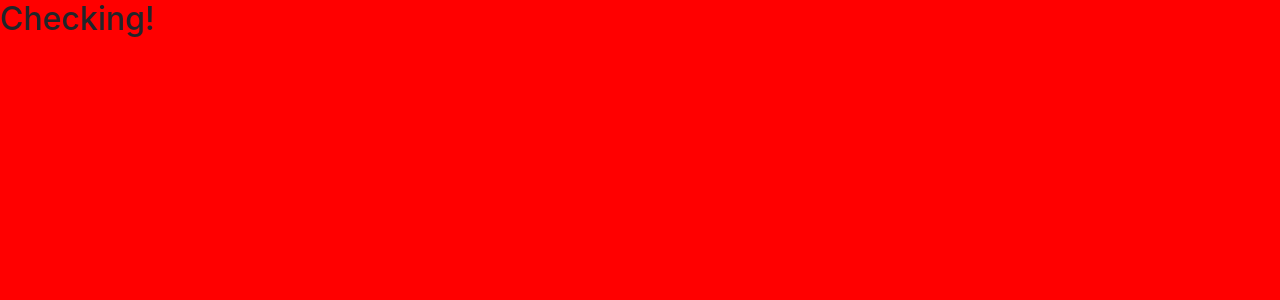
Repository: neerajchavan/E-Commerce-Project
Page: http://localhost/E-Commerce-Project/About.jsp
These files come from the project's save history. The page is drawn as it stood at one moment and after the next save; the edit follows.
The browser window is 1280 px wide. The pictures show the whole page.
Some web libraries are served in a nearby version. The page is served by Tomcat 9. Other server files are loaded and not shown.

Above is the page before, as saved 2020-10-07 15:33:14.

### E-Commerce-Project/WebContent/About.jsp
<%@ page language="java" contentType="text/html; charset=UTF-8"
    pageEncoding="UTF-8"%>
<!DOCTYPE html>
<html>
<head>
<meta charset="UTF-8">
<title>About us</title>
<%@include file="Components/Common_JS_CSS.jsp" %>
</head>
<body>
 <div class="custom-bg">
 <h2>Checking!</h2>
 </div>
</body>
</html>

### E-Commerce-Project/WebContent/Components/Common_JS_CSS.jsp
<!-- CSS -->
<link rel="stylesheet" href="https://maxcdn.bootstrapcdn.com/bootstrap/4.0.0/css/bootstrap.min.css" integrity="sha384-Gn5384xqQ1aoWXA+058RXPxPg6fy4IWvTNh0E263XmFcJlSAwiGgFAW/dAiS6JXm" crossorigin="anonymous">
<link rel="stylesheet" href="CSS/Style.css">

<!-- BOOTSTRAP -->
<script src="https://code.jquery.com/jquery-3.2.1.slim.min.js" integrity="sha384-KJ3o2DKtIkvYIK3UENzmM7KCkRr/rE9/Qpg6aAZGJwFDMVNA/GpGFF93hXpG5KkN" crossorigin="anonymous"></script>
<script src="https://cdnjs.cloudflare.com/ajax/libs/popper.js/1.12.9/umd/popper.min.js" integrity="sha384-ApNbgh9B+Y1QKtv3Rn7W3mgPxhU9K/ScQsAP7hUibX39j7fakFPskvXusvfa0b4Q" crossorigin="anonymous"></script>
<script src="https://maxcdn.bootstrapcdn.com/bootstrap/4.0.0/js/bootstrap.min.js" integrity="sha384-JZR6Spejh4U02d8jOt6vLEHfe/JQGiRRSQQxSfFWpi1MquVdAyjUar5+76PVCmYl" crossorigin="anonymous"></script>

<!-- JS -->
<script src="JS/Script.js"></script>

### E-Commerce-Project/WebContent/CSS/Style.css

body{
	background:red;
}

### E-Commerce-Project/WebContent/JS/Script.js
alert('Loading JS!')

After the next save:
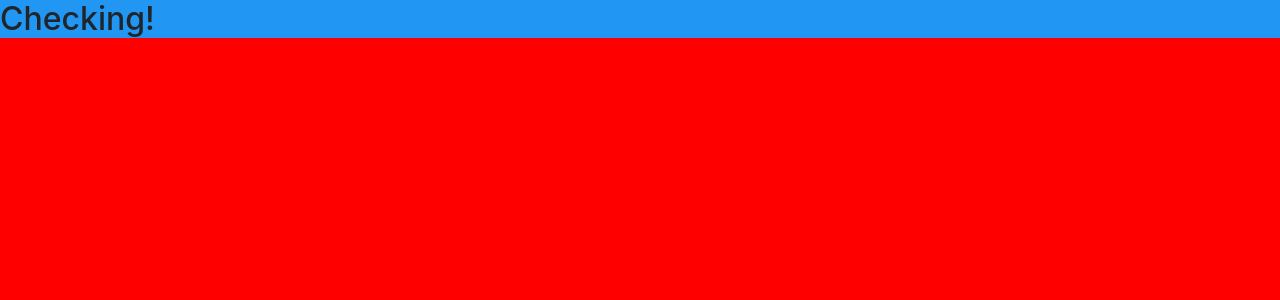
Saved 110 s later.
--- a/E-Commerce-Project/WebContent/CSS/Style.css
+++ b/E-Commerce-Project/WebContent/CSS/Style.css
@@ -2,3 +2,7 @@
 body{
 	background:red;
 }
+
+.custom-bg{
+	background:#2196f3;
+}
